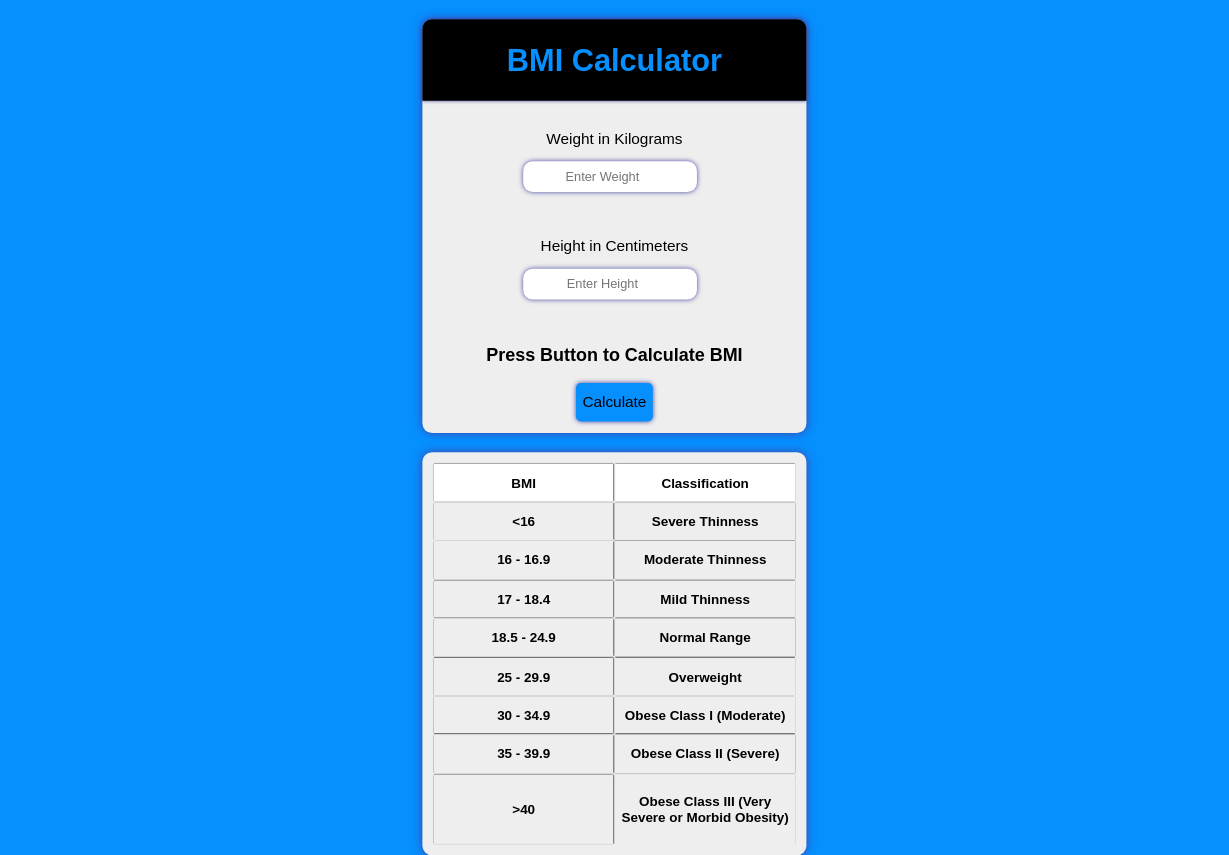
Repository: shayanabedi98/bmi-calculator
Page: index.html
These files come from the project's save history. The page is drawn as it stood at one moment and after the next save; the edit follows.
The browser window is 1280 px wide. The pictures show the whole page, at 96% of full size.

Above is the page before, as saved 2023-07-24 19:29:32.

After the next save:
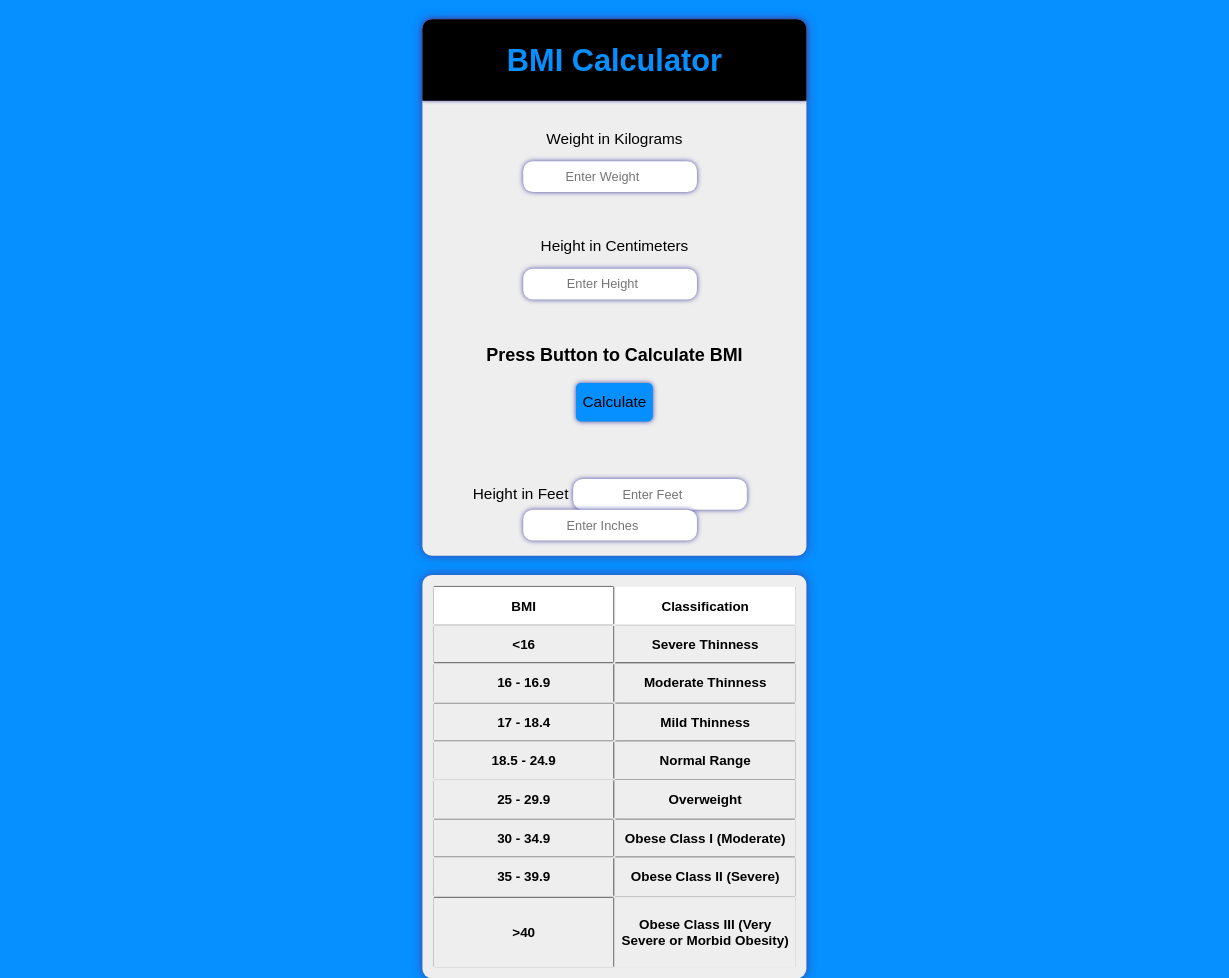
Saved 2 min 59 s later.
--- a/index.html
+++ b/index.html
@@ -19,14 +19,19 @@
                     <label class="height" for="height">Height in Centimeters</label>
                     <input type="number" placeholder="Enter Height" id="height">
                 </div>
-                <div class="feet">
-                    <label for="height">Height</label>
-                    <input type="number" placeholder="Enter Feet" id="feet">
-                    <input type="number" placeholder="Enter Inches" id="inch">
-                </div>
                 <div class="result">
                     <h3>Press Button to Calculate BMI</h3>
                     <button onclick="calc()" class="calculate">Calculate</button>
+                </div>
+            </div>
+            <div class="imperial">
+                <div class="weight">
+                    <label for=""></label>
+                </div>
+                <div class="height">
+                    <label for="height">Height in Feet</label>
+                    <input type="number" placeholder="Enter Feet" id="feet">
+                    <input type="number" placeholder="Enter Inches" id="inch">
                 </div>
             </div>
         </div>
